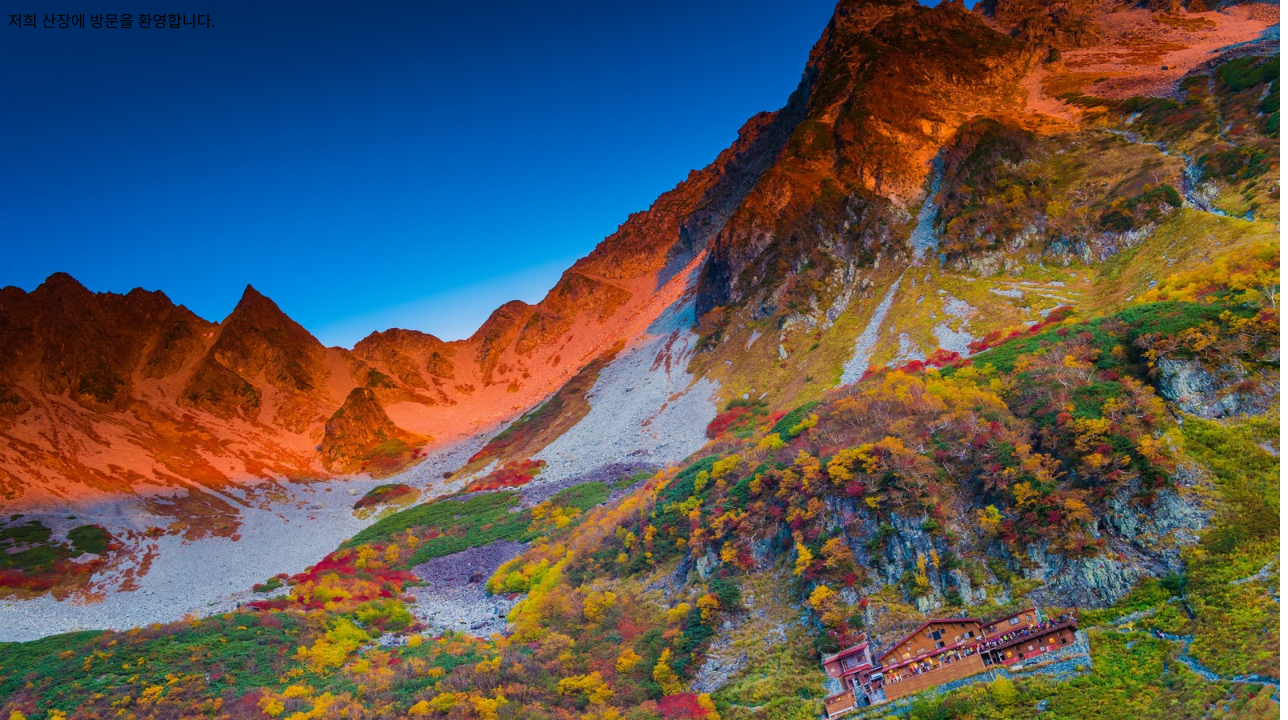
Repository: suhong99/htmlLecture
Page: cssWork1/src/main/webapp/index2.html
These files come from the project's save history. The page is drawn as it stood at one moment and after the next save; the edit follows.
The browser window is 1280 px wide. The page is 1288 px wide, so the pictures cover 1288 px, including what lies to the right of the window. The pictures show the whole page.

Above is the page before, as saved 2023-06-22 06:31:52.

### cssWork1/src/main/webapp/index2.html
<!DOCTYPE html>
<html>
<head>
<meta charset="UTF-8">
<title>Insert title here</title>
<style type="text/css">
body{
	width:100%;
	background : url("back.jpg") no-repeat center center fixed;
	background-size: cover;
}
.message{
	width:800px;
}
</style>
</head>
<body>
<div class="message">
저희 산장에 방문을 환영합니다.
</div>
</body>
</html>

After the next save:
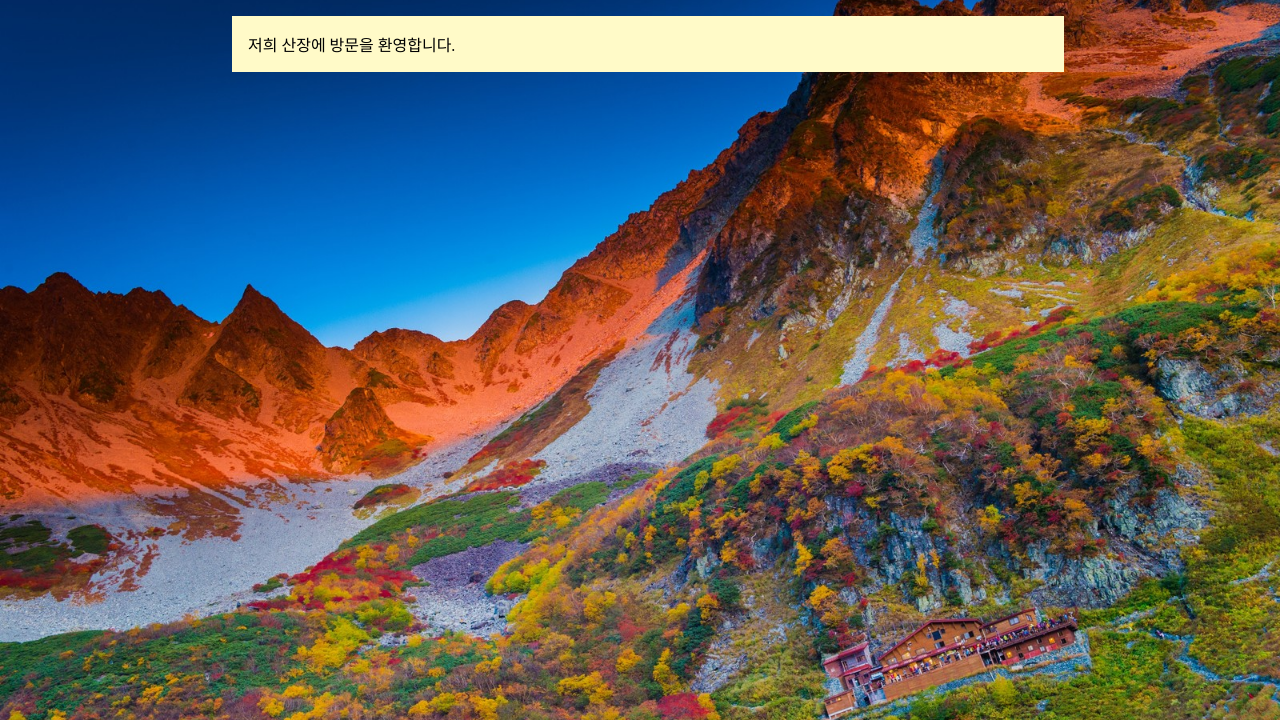
Saved 2 min 22 s later.
--- a/cssWork1/src/main/webapp/index2.html
+++ b/cssWork1/src/main/webapp/index2.html
@@ -11,6 +11,9 @@ body{
 }
 .message{
 	width:800px;
+	background-color:  rgba(255,250,200);
+	margin:1em auto;
+	padding: 1em;
 }
 </style>
 </head>
